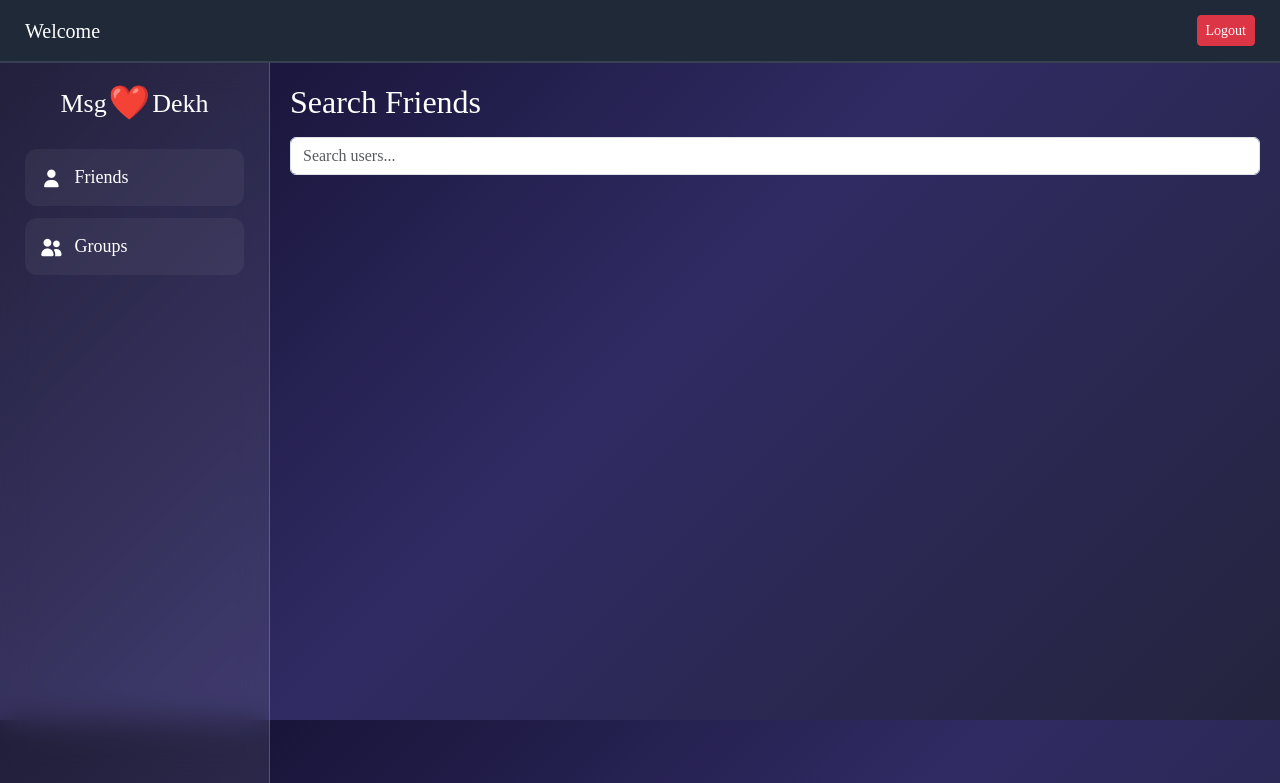
Repository: bharat132002/chat-app
Page: public/index.html
An editor plug-in stored every save of this project. The page is shown before and after a run of saves, followed by the edit.
The browser window is 1280 px wide. The pictures show the whole page.
Some web libraries are served in a nearby version.

Above is the page before, as saved 2025-12-11 12:21:43.

### public/index.html
<!DOCTYPE html>
<html lang="en">
  <head>
    <meta charset="UTF-8" />
    <meta name="viewport" content="width=device-width, initial-scale=1.0" />
    <title>Msg❤️Dekh</title>

    <!-- Bootstrap -->
    <link
      href="https://cdn.jsdelivr.net/npm/bootstrap@5.3.2/dist/css/bootstrap.min.css"
      rel="stylesheet"
    />
    <link
      rel="stylesheet"
      href="https://cdnjs.cloudflare.com/ajax/libs/font-awesome/7.0.1/css/all.min.css"
      integrity="sha512-2SwdPD6INVrV/lHTZbO2nodKhrnDdJK9/kg2XD1r9uGqPo1cUbujc+IYdlYdEErWNu69gVcYgdxlmVmzTWnetw=="
      crossorigin="anonymous"
      referrerpolicy="no-referrer"
    />

    <!-- Remix Icons -->
    <link
      href="https://cdn.jsdelivr.net/npm/remixicon/fonts/remixicon.css"
      rel="stylesheet"
    />

    <style>
      body {
        margin: 0;
        background: linear-gradient(135deg, #0f0c29, #302b63, #24243e);
        font-family: "Poppins";
        color: #fff;
        height: 100vh;
        overflow: hidden;
      }

      .main {
        display: flex;
        height: 100vh;
      }

      .sidebar {
        width: 270px;
        background: rgba(255, 255, 255, 0.08);
        backdrop-filter: blur(15px);
        border-right: 1px solid rgba(255, 255, 255, 0.2);
        padding: 25px;
        animation: slideIn 0.6s ease;
      }

      @keyframes slideIn {
        from {
          transform: translateX(-80px);
          opacity: 0;
        }
        to {
          transform: translateX(0);
          opacity: 1;
        }
      }

      .sidebar h2 {
        text-align: center;
        font-size: 26px;
        margin-bottom: 30px;
      }

      .menu-item {
        padding: 15px;
        margin-top: 12px;
        display: flex;
        align-items: center;
        gap: 12px;
        font-size: 18px;
        border-radius: 12px;
        cursor: pointer;
        transition: 0.3s;
        background: rgba(255, 255, 255, 0.05);
      }

      .menu-item:hover {
        background: rgba(255, 255, 255, 0.2);
        transform: scale(1.04);
        box-shadow: 0 0 12px rgba(255, 255, 255, 0.3);
      }

      .active {
        background: rgba(255, 255, 255, 0.25);
        box-shadow: 0 0 10px #ffffff67;
      }

      .screen {
        flex: 1;
        padding: 20px;
        display: none;
        animation: fade 0.5s ease;
      }

      @keyframes fade {
        from {
          opacity: 0;
          transform: translateY(20px);
        }
        to {
          opacity: 1;
          transform: translateY(0);
        }
      }

      .top-bar {
        width: 100%;
        padding: 15px 25px;
        background: #1f2937;
        border-bottom: 2px solid #374151;
        color: #fff;
        display: flex;
        justify-content: space-between;
        align-items: center;
        font-size: 20px;
      }

      /* Search List */
      #searchResults {
        list-style: none;
        padding-left: 0;
      }

      .search-item {
        padding: 12px 15px;
        background: rgba(255, 255, 255, 0.1);
        border-radius: 10px;
        margin-top: 10px;
        cursor: pointer;
        transition: 0.25s;
      }

      .search-item:hover {
        background: rgba(255, 255, 255, 0.25);
        transform: scale(1.02);
      }
      .fancy-btn {
        position: relative;
        overflow: hidden;
        transition: all 0.3s ease-in-out;
        font-weight: 600;
        border-radius: 30px;
      }

      /* Hover par smooth scale effect */
      .fancy-btn:hover {
        transform: scale(1.07);
        box-shadow: 0px 4px 15px rgba(0, 0, 0, 0.2);
      }

      /* Button ke andar glow animation */
      .fancy-btn::before {
        content: "";
        position: absolute;
        top: 0;
        left: -100%;
        width: 100%;
        height: 100%;
        background: rgba(255, 255, 255, 0.3);
        transform: skewX(-45deg);
      }

      /* Hover par glow slide effect */
      .fancy-btn:hover::before {
        animation: slide 0.6s forwards;
      }

      @keyframes slide {
        0% {
          left: -100%;
        }
        100% {
          left: 120%;
        }
      }
      .heartbeat {
        display: inline-block;
        animation: heartBeat 0.8s infinite;
        transform-origin: center;
      }

      @keyframes heartBeat {
        0% {
          transform: scale(1);
        }
        30% {
          transform: scale(1.3);
        }
        50% {
          transform: scale(1);
        }
        70% {
          transform: scale(1.3);
        }
        100% {
          transform: scale(1);
        }
      }
    </style>
  </head>

  <body>
    <!-- TOP BAR -->
    <div class="top-bar">
      <span id="chat-username">Welcome</span>

      <button class="btn btn-danger btn-sm" onclick="logoutUser()">
        Logout
      </button>
    </div>

    <div class="main">
      <!-- SIDEBAR -->
      <div class="sidebar">
        <h2>Msg <span class="heartbeat">❤️</span> Dekh</h2>

        <li class="menu-item" id="menuFriends" onclick="toggleFriendMenu()">
          <i class="fa-solid fa-user"></i>Friends
        </li>

        <ul id="friendSubmenu" style="display: none; margin-left: 20px">
          <li
            class="menu-item"
            id="menuFriendRequests"
            onclick="loadFriendRequests()"
          >
            Friend Requests
          </li>
          <li class="menu-item" id="menuMyFriends" onclick="loadMyFriends()">
            My Friends
          </li>
        </ul>

        <div class="menu-item" onclick="toggleGroupMenu()">
          <i class="fa-solid fa-user-group"></i> Groups
        </div>
        <!-- GROUP SUBMENU (placed inside sidebar) -->
          <ul id="groupSubmenu" class="submenu" style="display:none; margin-left:12px;">
            <li class="menu-item" onclick="openCreateGroup()">Create Group</li>
            <li class="menu-item" onclick="openEditGroup()">Edit My Groups</li>
            <li class="menu-item" onclick="switchScreen('groupRequestsScreen')">Group Requests</li>
            <li class="menu-item" onclick="switchScreen('myGroupsScreen')">My Groups</li>
          </ul>
      </div>

      <div class="screen" id="friends" style="display: block">
        <h2>Search Friends</h2>
        <input
          id="searchInput"
          type="text"
          class="form-control mt-3"
          placeholder="Search users..."
        />
        <ul id="searchResults" class="mt-3 p-0"></ul>
      </div>

      <!-- REQUEST FRIENDS SCREEN -->
      <div class="screen" id="friendRequests" style="display: none">
        <h2>Friend Requests</h2>
        <ul id="requestsList" class="mt-3 p-0"></ul>
      </div>

      <!-- MY FRIENDS SCREEN -->
      <div class="screen" id="myFriendsScreen" style="display: none">
        <h2>My Friends</h2>
        <ul id="myFriendsList" class="mt-3 p-0"></ul>
      </div>

      <!-- GROUP REQUESTS -->
         <div class="screen" id="groupRequestsScreen">
           <h3>Group Join Requests</h3>
           <ul id="groupRequestList" style="padding-left:0; margin-top:12px;"></ul>
         </div>
         <div class="screen" id="myGroupsScreen">
          <h3>My Groups</h3>
          <ul id="myGroupsList"></ul>
         </div>
    </div>



    <script src="/public/js/chat.js"></script>
    <!-- JS -->
    <script src="https://cdn.jsdelivr.net/npm/bootstrap@5.3.2/dist/js/bootstrap.bundle.min.js"></script>

    <script>
      /* ------------------ GET USER ID ------------------ */
      function getUserId() {
        return Number(localStorage.getItem("userId"));
      }
      /* ---------- FRIEND MENU TOGGLE ---------- */
      function toggleFriendMenu() {
        const menu = document.getElementById("friendSubmenu");
        menu.style.display = menu.style.display === "none" ? "block" : "none";
      }

      /* ⭐ ADDED: SET USERNAME IN NAVBAR ⭐ */
      (function showUsername() {
        const userData = localStorage.getItem("user");

        if (userData) {
          const user = JSON.parse(userData);
          document.getElementById(
            "chat-username"
          ).textContent = `Welcome, ${user.username}`;
        }
      })();
      /* ---------------- SCREEN SWITCHER ---------------- */
      function switchScreen(screenId) {
        document
          .querySelectorAll(".screen")
          .forEach((s) => (s.style.display = "none"));
        document.getElementById(screenId).style.display = "block";
      }

      /* ---------------- SEARCH FRIENDS ---------------- */
      document
        .getElementById("searchInput")
        .addEventListener("keyup", async function () {
          const query = this.value.trim();
          const resultsBox = document.getElementById("searchResults");

          if (query.length === 0) {
            resultsBox.innerHTML = "";
            return;
          }

          try {
            const token = localStorage.getItem("token");

            const res = await fetch(`/api/friends/search?username=${query}`, {
              headers: {
                Authorization: `Bearer ${token}`,
                "Content-Type": "application/json",
              },
            });

            const data = await res.json();
            const users = data.users || [];

            let html = "";
            users.forEach((user) => {
              html += `
            <li class="search-item d-flex justify-content-between align-items-center p-2 mb-2 border rounded shadow-sm" data-id="${user.id}">
                <strong>${user.username}</strong>

                <div class="btn-group">
                    <button class="send-req-btn btn btn-primary fancy-btn" data-id="${user.id}">
                        Send Request
                    </button>

                    <button class="msg-btn btn btn-success fancy-btn" data-id="${user.id}">
                        Message
                    </button>
                </div>
            </li>
            `;
            });

            resultsBox.innerHTML = html;
          } catch (err) {
            console.error("Search failed:", err);
          }
        });

      /* ---------------- SEARCH LIST CLICK EVENTS ---------------- */
      document
        .getElementById("searchResults")
        .addEventListener("click", async function (e) {
          const target = e.target;

          /* ---- SEND REQUEST ---- */
          if (target.classList.contains("send-req-btn")) {
            const receiverId = target.dataset.id;
            const token = localStorage.getItem("token");

            if (!token) {
              alert("Token not found — please login again.");
              return;
            }

            const res = await fetch(`/api/friends/send`, {
              method: "POST",
              headers: {
                Authorization: `Bearer ${token}`,
                "Content-Type": "application/json",
              },
              body: JSON.stringify({ receiverId }), // ⭐ EXACT NAMED PARAM
            });

            const data = await res.json();
            alert(data.msg);
            return;
          }
        });

      // ---------pending--------------------
      function loadFriendRequests() {
        // Only show friend request screen
        document
          .querySelectorAll(".screen")
          .forEach((s) => (s.style.display = "none"));
        document.getElementById("friendRequests").style.display = "block";

        const token = localStorage.getItem("token");

        fetch(`/api/friends/pending`, {
          method: "GET",
          headers: {
            Authorization: "Bearer " + token,
          },
        })
          .then((res) => res.json())
          .then((data) => {
            const list = document.getElementById("requestsList");
            list.innerHTML = "";

            if (!data.success || data.requests.length === 0) {
              list.innerHTML = `<p>No pending friend requests.</p>`;
              return;
            }

            data.requests.forEach((req) => {
              list.innerHTML += `
                <li class="d-flex justify-content-between align-items-center p-2 mb-2 border rounded shadow-sm">
                    <strong>${req.Sender.username}</strong>

                    <div class="btn-group">
                        <button class="btn btn-success btn-sm fancy-btn" onclick="acceptFriend(${req.id})">Accept</button>
                        <button class="btn btn-danger btn-sm fancy-btn" onclick="rejectFriend(${req.id})">Reject</button>
                    </div>
                </li>
            `;
            });
          })
          .catch((err) => console.error("Error loading requests:", err));
      }
      // accept------------------------------------
      async function acceptFriend(requestId) {
        try {
          const token = localStorage.getItem("token");

          const res = await fetch(`/api/friends/accept/${requestId}`, {
            method: "POST",
            headers: {
              Authorization: "Bearer " + token,
              "Content-Type": "application/json",
            },
          });

          const data = await res.json();

          if (data.success) {
            alert(data.msg || "Friend request accepted!");
            loadFriendRequests(); // pending list refresh
            loadMyFriends(); // My Friends list refresh
          } else {
            alert(data.msg || "Failed to accept friend request");
          }
        } catch (err) {
          console.error("Accept error:", err);
          alert("Error accepting friend request");
        }
      }

      // reject-------
      function rejectFriend(requestId) {
        const token = localStorage.getItem("token");

        fetch(`/api/friends/reject/${requestId}`, {
          method: "POST",
          headers: {
            Authorization: "Bearer " + token,
          },
        })
          .then((res) => res.json())
          .then((data) => {
            alert(data.msg || "Rejected");
            loadFriendRequests();
          })
          .catch((err) => console.error("Reject error:", err));
      }

      /* ---------------- LOGOUT ---------------- */
      function logoutUser() {
        localStorage.removeItem("token");
        location.href = "/auth.html";
      }

      // Ye ensure karega ki accept hone ke baad friend list update ho.
      function loadMyFriends() {
        switchScreen("myFriendsScreen");

        const token = localStorage.getItem("token");
        const list = document.getElementById("myFriendsList");

        list.innerHTML = "<p>Loading...</p>";

        fetch(`/api/friends/all`, {
          headers: { Authorization: "Bearer " + token },
        })
          .then((res) => res.json())
          .then((data) => {
            list.innerHTML = "";

            if (!data.success || data.friends.length === 0) {
              list.innerHTML = "<p>No friends yet</p>";
              return;
            }

            data.friends.forEach((f) => {
              const myId = getUserId();
              const friendUser = f.senderId === myId ? f.Receiver : f.Sender;

              list.innerHTML += `
          <li class="search-item d-flex justify-content-between align-items-center p-2 mb-2 border rounded shadow-sm">
            <strong>${friendUser.username}</strong>
            <button class="btn btn-success btn-sm" onclick="startChat(${
              friendUser.id
            }, '${friendUser.username.replace("'", "\\'")}')">Message</button>
          </li>
        `;
            });
          });
      }
      //
      function openChatWith(userId) {
        switchScreen("chatScreen", document.getElementById("menuChats"));
        loadChatMessages(userId);
      }

      function startChat(friendId, friendName) {
        localStorage.setItem("chatUserId", String(friendId));
        localStorage.setItem("chatUserName", String(friendName));
        // navigate to chat page
        window.location.href = "/chat.html";
      }


   function toggleGroupMenu(){
        const menu = document.getElementById("groupSubmenu");
        menu.style.display = menu.style.display === "none" ? "block" : "none";
      }

      function openCreateGroup() {
    window.location.href = "/create-group.html";
}
 function openEditGroup() {
    window.location.href = "/edit-group.html";
}

async function loadMyGroups() {
    switchScreen("myGroupsScreen");

    const token = localStorage.getItem("token");
    const list = document.getElementById("myGroupsList");

    list.innerHTML = "<p style='color:#ccc;'>Loading...</p>";

    try {
        const res = await fetch("/api/groups/my", {
            headers: { Authorization: "Bearer " + token }
        });

        const data = await res.json();
        list.innerHTML = "";

        if (!data.success || data.groups.length === 0) {
            list.innerHTML = "<p>No groups found.</p>";
            return;
        }

        data.groups.forEach(g => {
            list.innerHTML += `
                <li
                  class="d-flex justify-content-between align-items-center
                         p-3 mb-2 rounded shadow-sm"
                  style="background:rgba(255,255,255,0.08); border-left:4px solid #7289da;">

                  <div class="d-flex align-items-center gap-3">
                      <img src="${g.photo}" width="55" height="55"
                           class="rounded-circle border" />

                      <div>
                          <h5 class="m-0">${g.name}</h5>
                          <small>${g.membersCount} members</small>
                      </div>
                  </div>

                  <div class="btn-group">
                      <button class="btn btn-success btn-sm"
                              onclick="viewGroup(${g.id})">View</button>

                      <button class="btn btn-primary btn-sm"
                              onclick="editGroup(${g.id})">Edit</button>
                  </div>

                </li>
            `;
        });

    } catch (err) {
        list.innerHTML = "<p>Error loading groups.</p>";
        console.error(err);
    }
}

function viewGroup(groupId) {
    localStorage.setItem("currentGroupId", groupId);
    window.location.href = "/group-view.html";
}

function editGroup(groupId) {
    localStorage.setItem("editGroupId", groupId);
    window.location.href = "/edit-group.html";
}

    </script>
  </body>
</html>

### public/js/chat.js
document
  .getElementById("searchInput")
  .addEventListener("keyup", async function () {
    const query = this.value.trim();

    if (query.length === 0) {
      document.getElementById("searchResults").innerHTML = "";
      return;
    }

    try {
      const res = await fetch(
        `http://localhost:5000/api/friends/search?username=${query}`,
        {
          headers: {
            Authorization: localStorage.getItem("token"),
          },
        }
      );

      const data = await res.json();
      const results = data.users;

      let html = "";
      users.forEach((user) => {
        html += `
        <li class="search-item" data-id="${user.id}">
            <strong>${user.username}</strong>
            <button class="send-req-btn" data-id="${user.id}">Send Request</button>
            <button class="msg-btn" data-id="${user.id}">Message</button>
        </li>
    `;
      });

      document.getElementById("searchResults").innerHTML = html;
    } catch (err) {
      console.error("Search failed:", err);
    }
  });

After the next 2 saves:
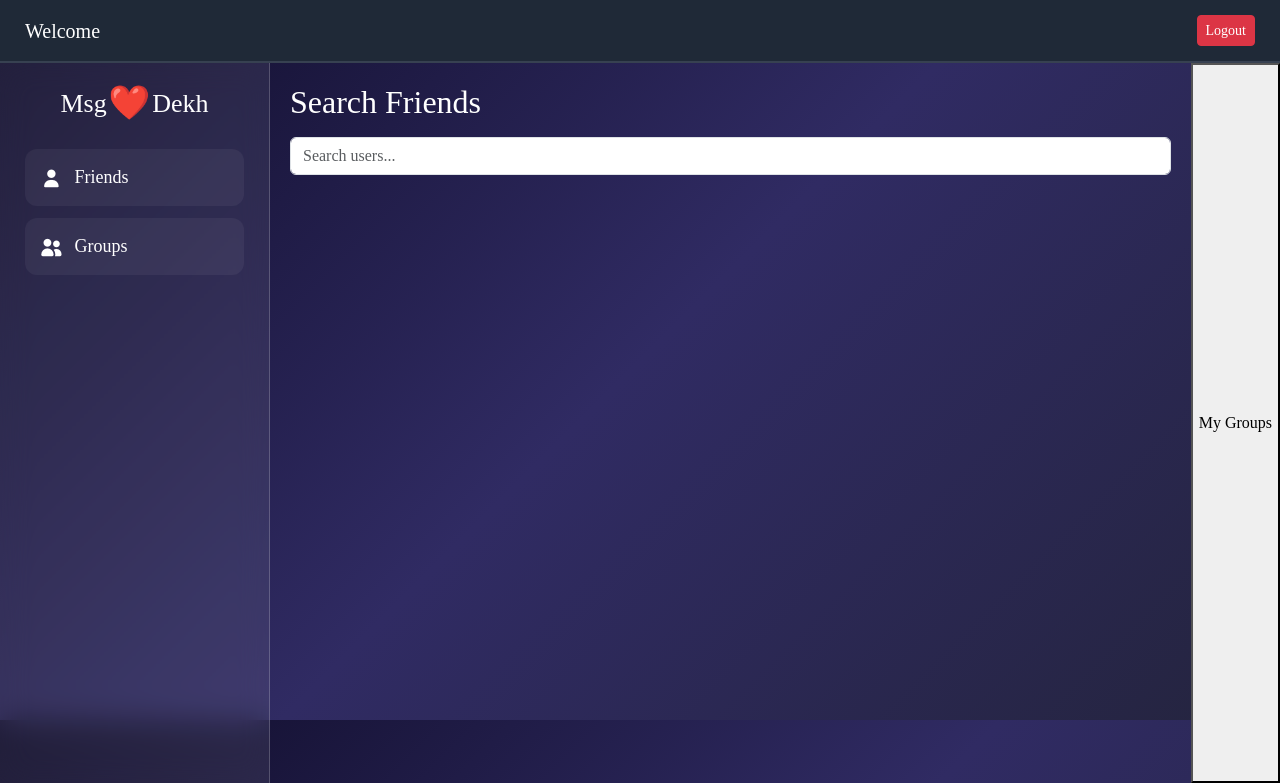
The 2 saves are shown as one change because they came seconds apart.
The last was saved 116 s later.
--- a/public/index.html
+++ b/public/index.html
@@ -239,12 +239,20 @@
           <i class="fa-solid fa-user-group"></i> Groups
         </div>
         <!-- GROUP SUBMENU (placed inside sidebar) -->
-          <ul id="groupSubmenu" class="submenu" style="display:none; margin-left:12px;">
-            <li class="menu-item" onclick="openCreateGroup()">Create Group</li>
-            <li class="menu-item" onclick="openEditGroup()">Edit My Groups</li>
-            <li class="menu-item" onclick="switchScreen('groupRequestsScreen')">Group Requests</li>
-            <li class="menu-item" onclick="switchScreen('myGroupsScreen')">My Groups</li>
-          </ul>
+        <ul
+          id="groupSubmenu"
+          class="submenu"
+          style="display: none; margin-left: 12px"
+        >
+          <li class="menu-item" onclick="openCreateGroup()">Create Group</li>
+          <li class="menu-item" onclick="openEditGroup()">Edit My Groups</li>
+          <li class="menu-item" onclick="switchScreen('groupRequestsScreen')">
+            Group Requests
+          </li>
+          <li class="menu-item" onclick="switchScreen('myGroupsScreen')">
+            My Groups
+          </li>
+        </ul>
       </div>
 
       <div class="screen" id="friends" style="display: block">
@@ -271,17 +279,16 @@
       </div>
 
       <!-- GROUP REQUESTS -->
-         <div class="screen" id="groupRequestsScreen">
-           <h3>Group Join Requests</h3>
-           <ul id="groupRequestList" style="padding-left:0; margin-top:12px;"></ul>
-         </div>
-         <div class="screen" id="myGroupsScreen">
-          <h3>My Groups</h3>
-          <ul id="myGroupsList"></ul>
-         </div>
+      <div class="screen" id="groupRequestsScreen">
+        <h3>Group Join Requests</h3>
+        <ul
+          id="groupRequestList"
+          style="padding-left: 0; margin-top: 12px"
+        ></ul>
+      </div>
+      <button id="myGroupBtn">My Groups</button>
+      <div id="myGroupList"></div>
     </div>
-
-
 
     <script src="/public/js/chat.js"></script>
     <!-- JS -->
@@ -540,41 +547,40 @@
         window.location.href = "/chat.html";
       }
 
-
-   function toggleGroupMenu(){
+      function toggleGroupMenu() {
         const menu = document.getElementById("groupSubmenu");
         menu.style.display = menu.style.display === "none" ? "block" : "none";
       }
 
       function openCreateGroup() {
-    window.location.href = "/create-group.html";
-}
- function openEditGroup() {
-    window.location.href = "/edit-group.html";
-}
-
-async function loadMyGroups() {
-    switchScreen("myGroupsScreen");
-
-    const token = localStorage.getItem("token");
-    const list = document.getElementById("myGroupsList");
-
-    list.innerHTML = "<p style='color:#ccc;'>Loading...</p>";
-
-    try {
-        const res = await fetch("/api/groups/my", {
-            headers: { Authorization: "Bearer " + token }
-        });
-
-        const data = await res.json();
-        list.innerHTML = "";
-
-        if (!data.success || data.groups.length === 0) {
+        window.location.href = "/create-group.html";
+      }
+      function openEditGroup() {
+        window.location.href = "/edit-group.html";
+      }
+
+      async function loadMyGroups() {
+        switchScreen("myGroupsScreen");
+
+        const token = localStorage.getItem("token");
+        const list = document.getElementById("myGroupsList");
+
+        list.innerHTML = "<p style='color:#ccc;'>Loading...</p>";
+
+        try {
+          const res = await fetch("/api/groups/my", {
+            headers: { Authorization: "Bearer " + token },
+          });
+
+          const data = await res.json();
+          list.innerHTML = "";
+
+          if (!data.success || data.groups.length === 0) {
             list.innerHTML = "<p>No groups found.</p>";
             return;
-        }
-
-        data.groups.forEach(g => {
+          }
+
+          data.groups.forEach((g) => {
             list.innerHTML += `
                 <li
                   class="d-flex justify-content-between align-items-center
@@ -601,24 +607,22 @@
 
                 </li>
             `;
-        });
-
-    } catch (err) {
-        list.innerHTML = "<p>Error loading groups.</p>";
-        console.error(err);
-    }
-}
-
-function viewGroup(groupId) {
-    localStorage.setItem("currentGroupId", groupId);
-    window.location.href = "/group-view.html";
-}
-
-function editGroup(groupId) {
-    localStorage.setItem("editGroupId", groupId);
-    window.location.href = "/edit-group.html";
-}
-
+          });
+        } catch (err) {
+          list.innerHTML = "<p>Error loading groups.</p>";
+          console.error(err);
+        }
+      }
+
+      function viewGroup(groupId) {
+        localStorage.setItem("currentGroupId", groupId);
+        window.location.href = "/group-view.html";
+      }
+
+      function editGroup(groupId) {
+        localStorage.setItem("editGroupId", groupId);
+        window.location.href = "/edit-group.html";
+      }
     </script>
   </body>
 </html>
